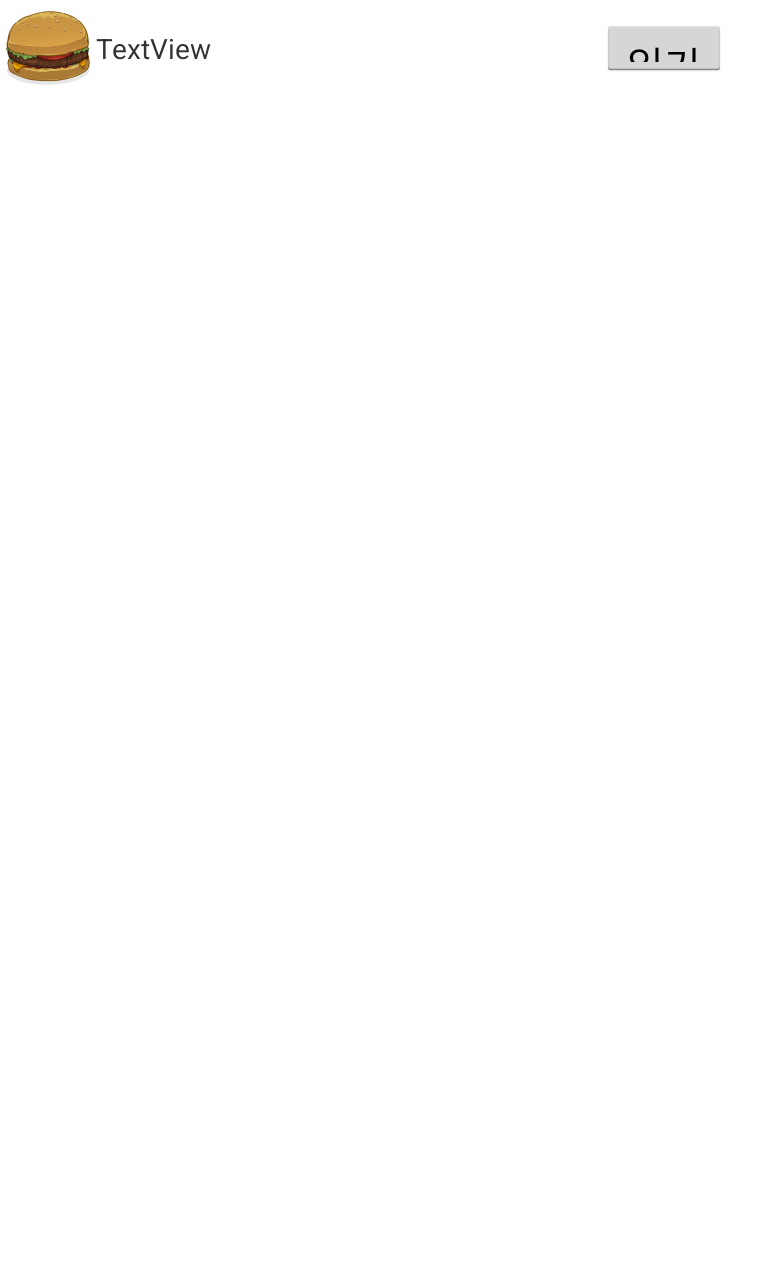
Repository: OnionLord/BurgerWIKI
Layout: burgerDicApp/BurgerDictionary/res/layout/burgeritem.xml
The author's editor kept a copy of each file at every save. The layout is drawn from the files as they stood at one save, then again after the next save.
It is drawn on a 768 x 1280 px phone screen (xhdpi) without system bars, with theme AppTheme; the app's code is not run.

Above is the layout before, as saved 2014-11-07 16:04:52.

After the next save:
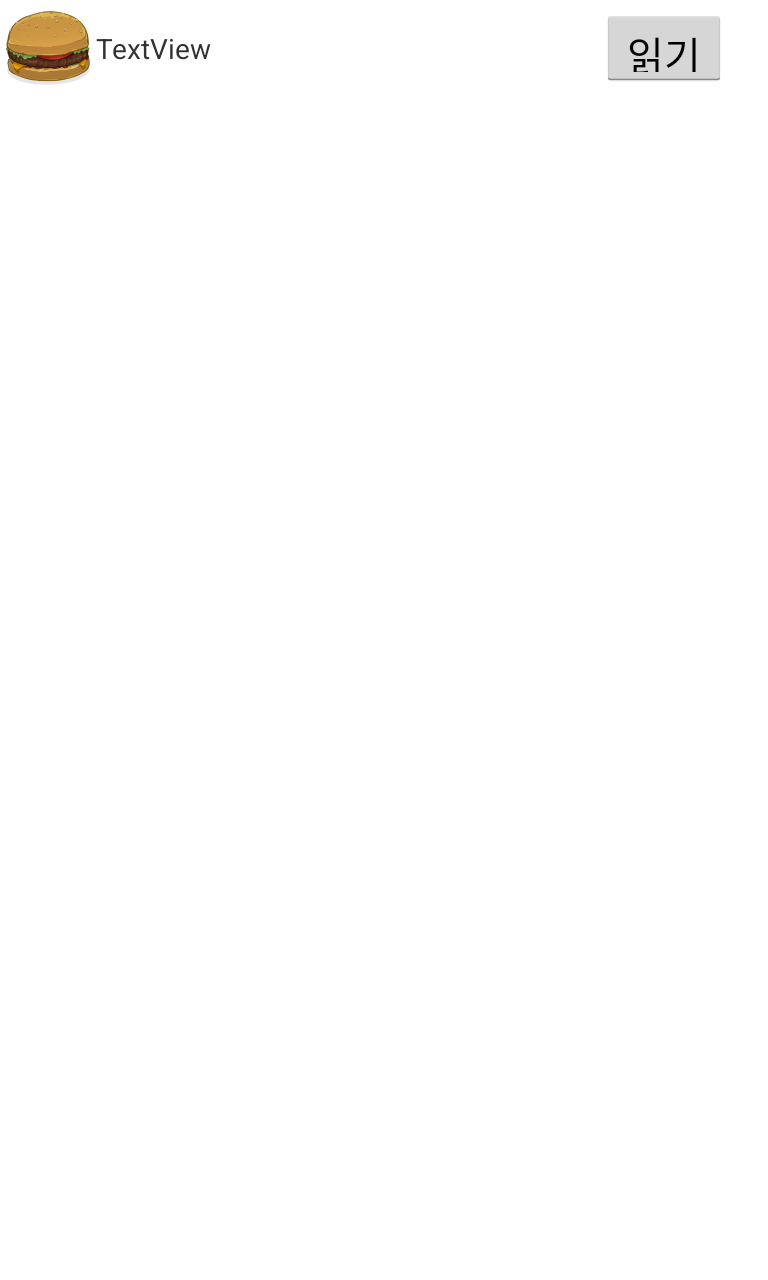
Saved 6 s later.
--- a/burgerDicApp/BurgerDictionary/res/layout/burgeritem.xml
+++ b/burgerDicApp/BurgerDictionary/res/layout/burgeritem.xml
@@ -30,7 +30,7 @@
             <Button
                 android:id="@+id/item_btn_view"
                 android:layout_width="wrap_content"
-                android:layout_height="30dp"
+                android:layout_height="40dp"
                 android:text="읽기"
                 android:textSize="20sp" />
 
